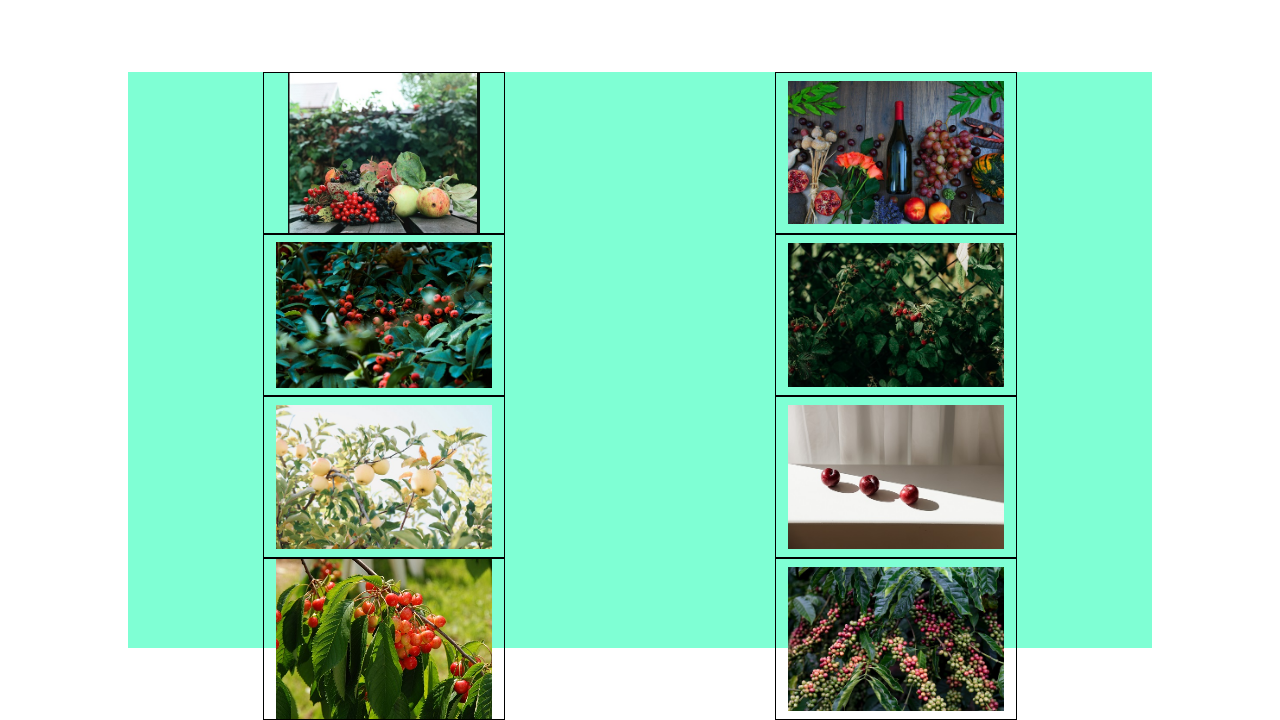
Repository: lidkaa/devTasks
Page: 0. Zadania Testowe/zadania/FlexboxCentered.html
These files come from the project's save history. The page is drawn as it stood at one moment and after the next save; the edit follows.
The browser window is 1280 px wide. The pictures show the whole page.
The pointer rests on the first visible `.cell`.

Above is the page before, as saved 2022-02-01 09:53:32.

### 0. Zadania Testowe/zadania/FlexboxCentered.html
<!DOCTYPE html>
<html lang="en">
<head>
    <meta charset="UTF-8">
    <meta http-equiv="X-UA-Compatible" content="IE=edge">
    <meta name="viewport" content="width=device-width, initial-scale=1.0">
    <link rel="stylesheet" type="text/css" href="flexboxcentered.css">
    <title>Document</title>
</head>
<body>
    <div class="presentation">
        <ul class="cells">
            <li class="cell">
                <img />
            </li>
            <li class="cell">
                <img />
            </li>
            <li class="cell">
                <img />
            </li>
            <li class="cell">
                <img />
            </li>
            <li class="cell">
                <img />
            </li>
            <li class="cell">
                <img />
            </li>
            <li class="cell">
                <img />
            </li>
            <li class="cell">
                <img />
            </li>
            <li class="cell">
                <img />
            </li>
        </ul>
    </div>
</body>
</html>

### 0. Zadania Testowe/zadania/flexboxcentered.css
* {
    margin: 0;
    padding: 0;
}

.presentation {
    position: fixed;
    height: 100vh;
    width: 100vw;
    display: flex;
    justify-content: center;
    align-items: center;
}

.cells {
    display: flex;
    justify-content: space-around;
    align-items: center;
    flex-direction: row;
    flex-wrap: wrap;
    list-style-type: none;
    height: 80vh;
    width: 80vw;
    background-color: aquamarine;
}

.cell {
    height: 10em;
    width: 15em;
    border: 1px solid black;
    margin: 0 90px;
    overflow: hidden;
    transition: .2s ;
}

.cell:nth-child(1) {
    background-image: url('./pexel/pexel1.jpg');
    background-position: center;
    background-size: 90%;
    background-repeat: no-repeat;
  }
  .cell:nth-child(2) {
    background-image: url('./pexel/pexel2.jpg');
    background-position: center;
    background-size: 90%;
    background-repeat: no-repeat;
  }
  .cell:nth-child(3) {
    background-image: url('./pexel/pexel3.jpg');
    background-position: center;
    background-size: 90%;
    background-repeat: no-repeat;
  }
  .cell:nth-child(4) {
    background-image: url('./pexel/pexel4.jpg');
    background-position: center;
    background-size: 90%;
    background-repeat: no-repeat;
  }
  .cell:nth-child(5) {
    background-image: url('./pexel/pexel5.jpg');
    background-position: center;
    background-size: 90%;
    background-repeat: no-repeat;
  }
  .cell:nth-child(6) {
    background-image: url('./pexel/pexel6.jpg');
    background-position: center;
    background-size: 90%;
    background-repeat: no-repeat;
  }
  .cell:nth-child(7) {
    background-image: url('./pexel/pexel7.jpg');
    background-position: center;
    background-size: 90%;
    background-repeat: no-repeat;
  }
  .cell:nth-child(8) {
    background-image: url('./pexel/pexel8.jpg');
    background-position: center;
    background-size: 90%;
    background-repeat: no-repeat;
  }
  .cell:nth-child(9) {
    background-image: url('./pexel/pexel9.jpg');
    background-position: center;
    background-size: 90%;
    background-repeat: no-repeat;
  }
  .cell:hover {
    /* position: fixed; */
    background-size: 80%;
  }

After the next save:
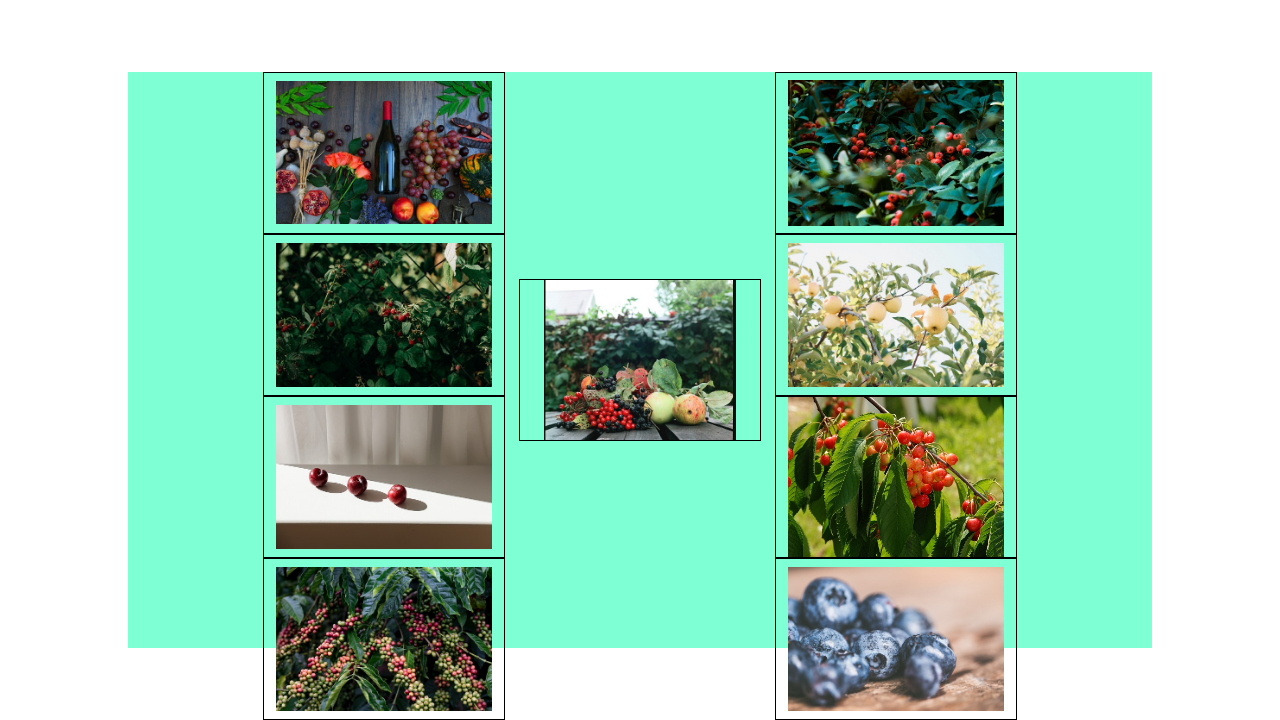
Saved 21 s later.
--- a/0. Zadania Testowe/zadania/flexboxcentered.css
+++ b/0. Zadania Testowe/zadania/flexboxcentered.css
@@ -88,6 +88,6 @@
     background-repeat: no-repeat;
   }
   .cell:hover {
-    /* position: fixed; */
+    position: fixed;
     background-size: 80%;
   }
